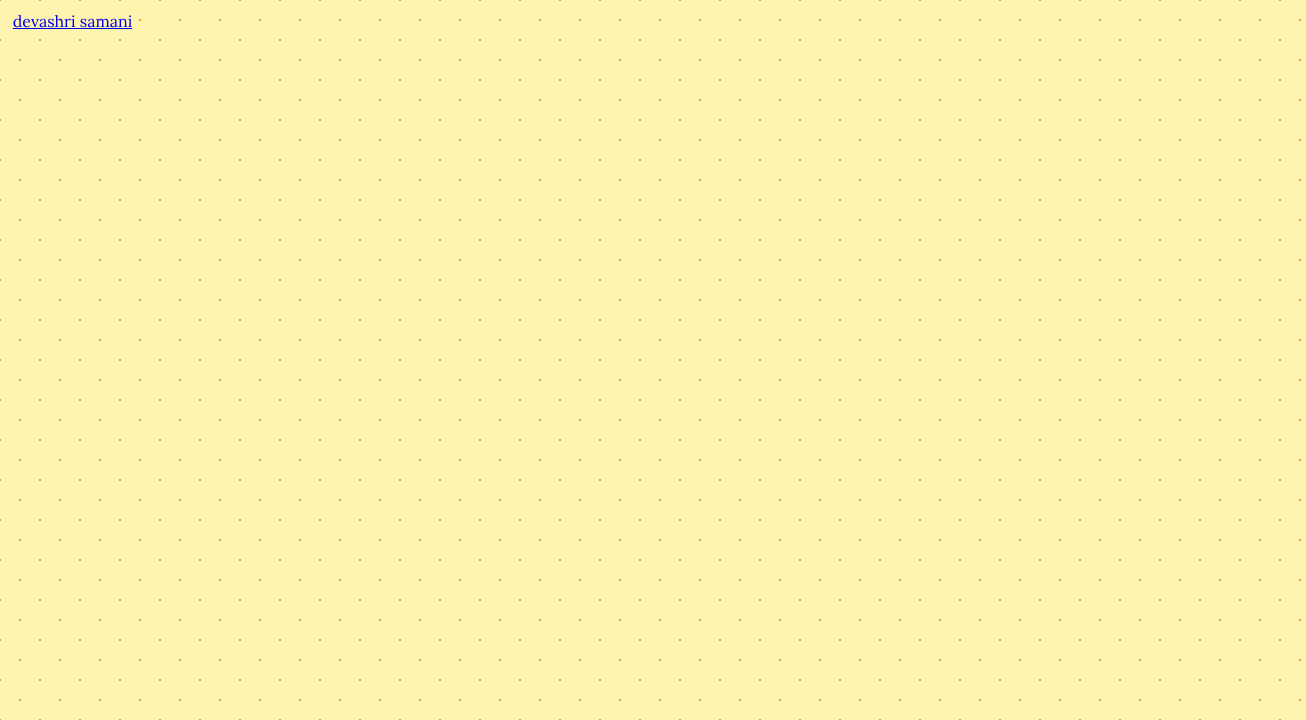
Repository: devashrisamani/devashrisamani.github.io
Page: index.html
An editor plug-in stored every save of this project. The page is shown before and after the next save, followed by the edit.
The browser window is 1280 px wide. The page is 1306 px wide, so the pictures cover 1306 px, including what lies to the right of the window. The pictures show the whole page.

Above is the page before, as saved 2025-09-23 14:20:25.

After the next save:
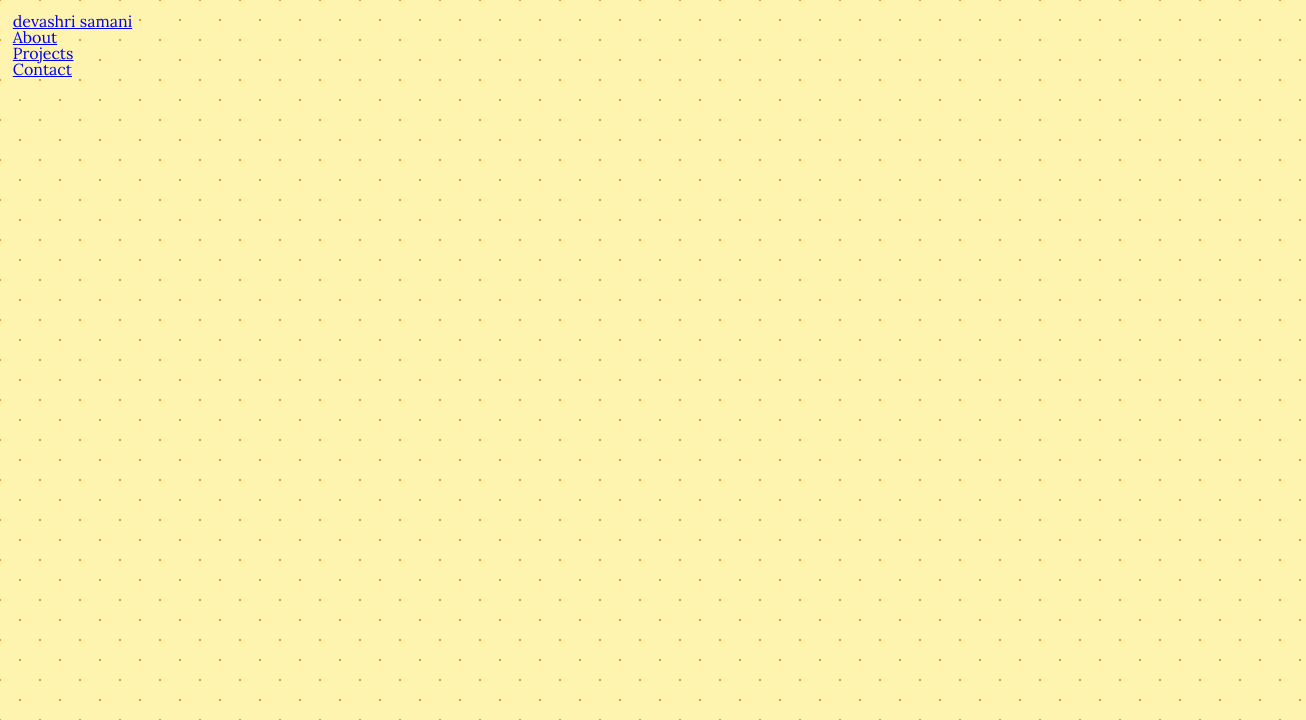
Saved 14 s later.
--- a/index.html
+++ b/index.html
@@ -23,7 +23,13 @@
       <a class="logo" href="index.html" aria-label="devashri samani logo"
         >devashri samani
       </a>
-      <nav id="navbar" class="nav" aria-label="Navigation Bar"></nav>
+      <nav id="navbar" class="nav" aria-label="Navigation Bar">
+        <ul class="nav-list">
+          <li class="nav-item"><a href="#about">About</a></li>
+          <li class="nav-item"><a href="#projects">Projects</a></li>
+          <li class="nav-item"><a href="#contact">Contact</a></li>
+        </ul>
+      </nav>
     </header>
     <!-- Content -->
     <main class="page container"></main>
